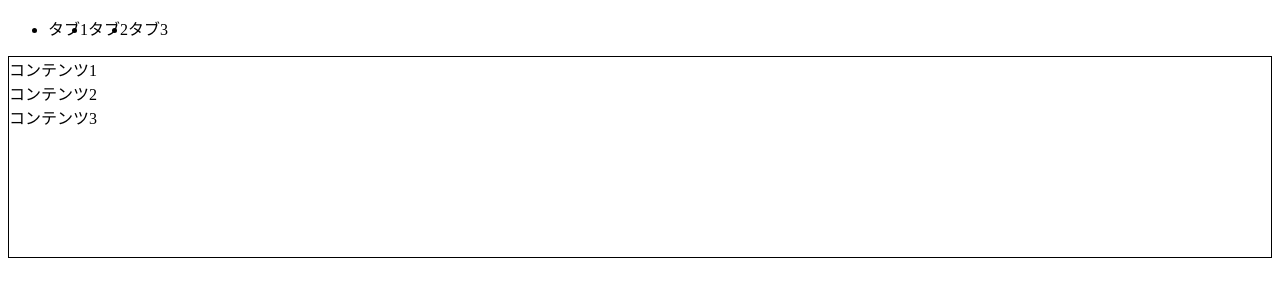
Repository: masanarimiura/20220617_miura
Page: index.html
An editor plug-in stored every save of this project. The page is shown before and after the next save, followed by the edit.
The browser window is 1280 px wide. The pictures show the whole page.

Above is the page before, as saved 2022-06-17 17:28:51.

### index.html
<!DOCTYPE html>
<html lang="ja">

<head>
  <meta charset="UTF-8">
  <meta http-equiv="X-UA-Compatible" content="IE=edge">
  <meta name="viewport" content="width=device-width, initial-scale=1.0">
  <title>Document</title>
  <script src="https://cdn.jsdelivr.net/npm/vue@2/dist/vue.js"></script>
  <style>
    .tab {
      width: 500px;
    }

    .tab-menu {
      display: flex;
    }

    .tabMenuItem {
      text-align: center;
      padding: 10px 0;
      cursor: pointer;
      list-style: none;
      width: 100px;
      border-top: 1px solid #000;
      border-left: 1px solid #000;
      border-right: 1px solid #000;
    }

    .tabMenuItem:not(:first-child) {
      border-left: none;
    }

    .tabMenuItem.active {
      background: #000;
      color: white;
    }

    .tab-content {
      height: 200px;
      border: 1px solid #000;
    }

    .tabContentItem {
      display: none;
      font-size: 40px;
    }

    .tabContentItem.show {
      display: block;
    }
  </style>
</head>

<body>
  <!-- 切り替えタブ -->
  <div id="tab">
    <ul class="tab-menu">
      <li v-bind:class="tabMenuItem active" v-on:click="changeClassName">タブ1</li>
      <li v-bind:class="tabMenuItem" v-on:click="changeClassName">タブ2</li>
      <li v-bind:class="tabMenuItem" v-on:click="changeClassName">タブ3</li>
    </ul>
    <div class="tab-content">
      <div v-bind:class="tabContentItem show">コンテンツ1</div>
      <div v-bind:class="tabContentItem">コンテンツ2</div>
      <div v-bind:class="tabContentItem">コンテンツ3</div>
    </div>
  </div>


</body>

</html>

After the next save:
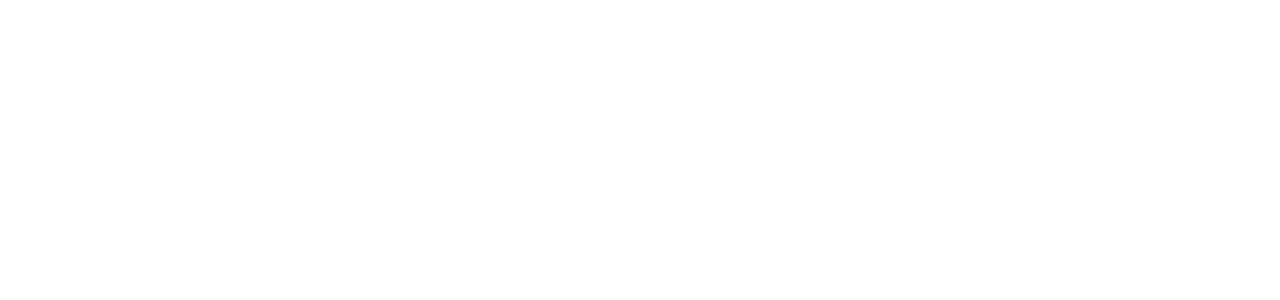
Saved 4 s later.
--- a/index.html
+++ b/index.html
@@ -66,7 +66,23 @@
       <div v-bind:class="tabContentItem">コンテンツ3</div>
     </div>
   </div>
-
+  <script>
+    const vm = new Vue({
+      el: '#tab',
+      data() {
+        return {
+          tabMenuItem: null,
+          tabContentItem: null,
+        }
+      },
+      methods: {
+        changeClassName() {
+          this.tabMenuItem = 'tabMenuItem active';
+          this.tabContentItem = 'tabContentItem active';
+        }
+      }
+    });
+  </script>
 
 </body>
 

After the 4 saves that followed:
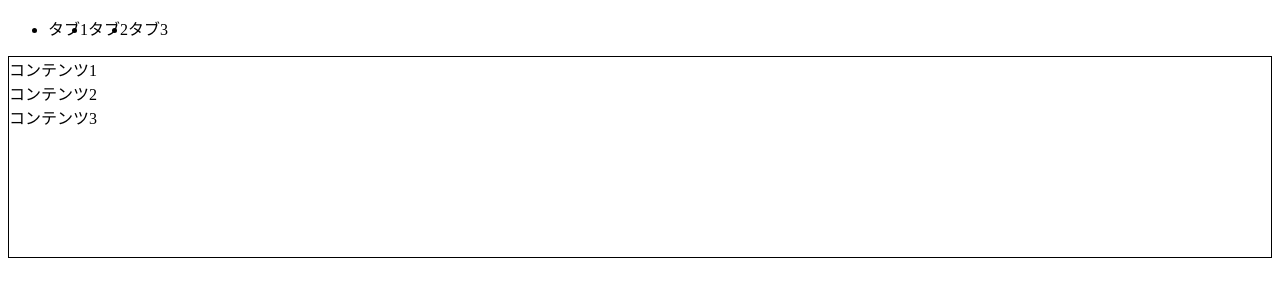
Console error: SyntaxError: Invalid or unexpected token
The 4 saves are shown as one change because 2 left the picture as it was and some came seconds apart.
The last was saved 2 min 24 s later.
--- a/index.html
+++ b/index.html
@@ -71,8 +71,8 @@
       el: '#tab',
       data() {
         return {
-          tabMenuItem: null,
-          tabContentItem: null,
+          tabMenuItem: 'tabMenuItem,
+          tabContentItem: tabContentItem,
         }
       },
       methods: {
@@ -83,7 +83,6 @@
       }
     });
   </script>
-
 </body>
 
 </html>
